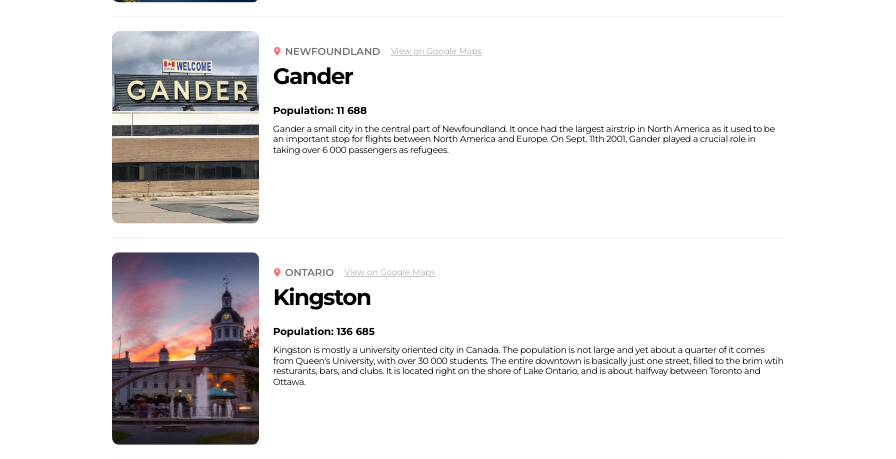
Repository: jsong552/my-city-checklist
Page: /
These files come from the project's save history. The page is drawn as it stood at one moment and after the next save; the edit follows.
The browser window is 1280 px wide. The pictures show the part of the page from y = 699 to 2619 px (the page is 1355 px tall before and 2619 px after), at 70% of full size.
The project was rebuilt for these pictures with package versions that can differ from the ones it lists, and the page was loaded fresh each time. Imported but missing from the stored project, and not drawn on this page: src/reportWebVitals.

Above is the page before, as saved 2023-12-29 21:28:53.

### public/index.html
<!DOCTYPE html>
<html lang="en">
  <head>
    <meta charset="utf-8" />
    <link rel="preconnect" href="https://fonts.googleapis.com">
    <link rel="preconnect" href="https://fonts.gstatic.com" crossorigin>
    <link href="https://fonts.googleapis.com/css2?family=Inter:wght@400;600;700&family=Montserrat:wght@200;300;400;500;600;700&display=swap" rel="stylesheet">
    <link rel="icon" href="%PUBLIC_URL%/favicon.ico" />
    <meta name="viewport" content="width=device-width, initial-scale=1" />
    <meta name="theme-color" content="#000000" />
    <meta
      name="description"
      content="Web site created using create-react-app"
    />
    <link rel="apple-touch-icon" href="%PUBLIC_URL%/logo192.png" />
    <!--
      manifest.json provides metadata used when your web app is installed on a
      user's mobile device or desktop. See https://developers.google.com/web/fundamentals/web-app-manifest/
    -->
    <link rel="manifest" href="%PUBLIC_URL%/manifest.json" />
    <!--
      Notice the use of %PUBLIC_URL% in the tags above.
      It will be replaced with the URL of the `public` folder during the build.
      Only files inside the `public` folder can be referenced from the HTML.

      Unlike "/favicon.ico" or "favicon.ico", "%PUBLIC_URL%/favicon.ico" will
      work correctly both with client-side routing and a non-root public URL.
      Learn how to configure a non-root public URL by running `npm run build`.
    -->
    <title>React App</title>
  </head>
  <body>
    <noscript>You need to enable JavaScript to run this app.</noscript>
    <div id="root"></div>
    <!--
      This HTML file is a template.
      If you open it directly in the browser, you will see an empty page.

      You can add webfonts, meta tags, or analytics to this file.
      The build step will place the bundled scripts into the <body> tag.

      To begin the development, run `npm start` or `yarn start`.
      To create a production bundle, use `npm run build` or `yarn build`.
    -->
  </body>
</html>

### src/index.css
body {
    margin: 0px;
}

.navbar {
    display: flex;
    width: 100%;
    align-items: center;
    padding: 10px;
    justify-content: center;
    background-color: #F6595A;
    box-sizing: border-box;
}

.navbar img {
    width: 30px;
    margin-right: 10px;
}

.navbar p {
    color: white;
    font-family: Montserrat;
    font-weight: 600;
}

/* card styles */

.cardsContainer {
    margin-top: 20px;
}

.card {
    margin: auto;
    padding-top: 20px;
    padding-bottom: 20px;
    border-bottom: 1px solid #bbbbbb55;
    display: flex;
    font-family: Montserrat;
    width: 75%;
}

.imageOfLocation {
    height: 275px;
    width: 210px;
    border-radius: 10px;
    object-fit: cover;
}

.cardInfo {
    margin-left: 20px;
    padding-top: 20px;
    width: 100%;
}

.locationMarker {
    width: 12px;
    margin-right: 5px;
}

.cardLocation * {
    display: inline;
}

.cardLocation h4 {
    font-weight: 600;
    font-size: 0.9rem;
    position: relative;
    bottom: 1px;
    text-transform: uppercase;
    color: #757575;
}

.cardLocation a {
    font-size: 0.75rem;
    position: relative;
    bottom: 2px;
    color: #aaaaaa;
    margin-left: 15px;
}

.cardInfo h1 {
    margin-top: 5px;
    letter-spacing: -1.5px;
}

.cardInfo h3 {
    font-size: 0.9rem;
    margin-bottom: 10px;
}

.cardInfo p {
    margin-top: 0px;
    font-size: 0.8rem;
    letter-spacing: -0.4px;
}

@media (max-width: 768px) {
    .imageOfLocation {
        height: 250px;
        width: 175px;
    }

    .card {
        width: 85%;
    }

    .cardInfo p {
        font-size: 0.7rem;
        letter-spacing: -0.4px;
    }
}

@media (max-width: 580px) {
    .imageOfLocation {
        height: 225px;
        width: 150px;
    }

    .card {
        width: 85%;
    }

    .cardInfo {
        padding-top: 0px
    }

    .cardInfo p {
        font-size: 0.65rem;
        letter-spacing: -0.4px;
        margin-bottom: 0px;
    }

    .cardInfo h1 {
        font-size: 1.7rem;
        margin-bottom: 0px;
    }

    .cardInfo h3 {
        margin-top: 10px;
        font-size: 0.9rem;
        margin-bottom: 10px;
    }

    .cardInfo a {
        display: block;
    }

    .cardLocation a {
        width: fit-content;
        margin-left: 0px;
    }
}

@media (max-width: 480px) {
    .imageOfLocation {
        height: 225px;
        width: 135px;
    }

    .card {
        width: 90%;
    }

    .cardInfo {
        padding-top: 0px
    }

    .cardInfo p {
        font-size: 0.65rem;
        letter-spacing: -0.4px;
        margin-bottom: 0px;
    }

    .cardInfo h1 {
        font-size: 1.5rem;
        margin-bottom: 0px;
        margin-top: 0px;
    }

    .cardInfo h3 {
        margin-top: 6px;
        font-size: 0.8rem;
        margin-bottom: 6px;
    }

    .cardInfo h4 {
        font-size: 0.8rem;
    }

    .locationMarker {
        width: 10px;
    }

    .cardInfo a {
        display: block;
    }

    .cardLocation a {
        width: fit-content;
        margin-left: 0px;
    }
}

@media (max-width: 380px) {
    .imageOfLocation {
        height: 175px;
        width: 105px;
    }
}

### src/App.js
import React from "react";
import Navbar from "./components/Navbar.js";
import Card from "./components/Card.js";
import data from "./data/cardData.js"

let allCards = data.map((data) => {
    return <Card
                key={data.id}
                info={data}
            />
    }
)

export default function App() {
    return (
        <div className="container">
            <Navbar />
            <div className="cardsContainer">
                {allCards}
            </div>
        </div>
    )
}

### src/components/Navbar.js
import React from "react";

export default function Navbar() {
    return (
        <nav className="navbar">
            <img src='/images/logo.png' alt="logo"/>
            <p>my city checklist</p>
        </nav>
    )
}

### src/components/Card.js
import React from "react";

export default function Card(props) {
    return (
        <div className="card">
            <img className="imageOfLocation" src={props.info.image} alt={props.info.alt} />
            <div className="cardInfo">
                <span className="cardLocation">
                    <img className="locationMarker" src='/images/location-marker.png' />
                    <h4>{props.info.province}</h4>
                    <a href={props.info.link}>View on Google Maps</a>
                </span>
                <h1>{props.info.city}</h1>
                <h3>Population: {props.info.population}</h3><p>{props.info.desc}
                </p>
            </div>
        </div>
    )
}

### src/data/cardData.js
export default [
    {
        id: 1,
        province: "newfoundland",
        image: "/images/stjohns.jpg",
        city: "St. John's",
        alt: "St. John's Downtown",
        population: "212 597",
        desc: "St. John's is North America's oldest city! Founded in 1494 by the Venetian explorer John Cabot, it used to be a fishing village. Legend says that you could dip an empty bucket anywhere in the oceans near St. John's and it would immediately be filled with fish. Unfortunately, the residents overfished, and the country of Newfoundland went bankrupt, forcing them to join Canada.",
        link: "https://www.google.com/maps/place/St.+John's,+NL/@47.4825126,-52.9947887,11z/data=!3m1!4b1!4m6!3m5!1s0x4b0ca38e6b0aa261:0x9e1fd4001f12261f!8m2!3d47.5556097!4d-52.7452511!16zL20vMGo4cDY?hl=en&entry=ttu",
    },
    {
        id: 2,
        province: "Newfoundland",
        city: "Rocky Harbour",
        alt: "Gros Morne Fjords",
        image: "/images/grosmorne.jpg",
        population: "947",
        desc: "Rocky Harbour is a small village within Gros Morne national park in Newfoundland. The park is a major tourist attraction, and during the summer months, this village acts as a tourism and housing hub for all of the tourists. Gros Morne features mountain ranges, fjords, as well as UNESCO world heritage sites.",
        link: "https://www.google.com/maps/place/Rocky+Harbour,+NL/@49.5891506,-57.9687031,13z/data=!3m1!4b1!4m6!3m5!1s0x4b79509be206f3a5:0x67c7444488b85430!8m2!3d49.5904818!4d-57.9151532!16zL20vMGZjaDR3?entry=ttu",
    },
    {
        id: 3,
        province: "Newfoundland",
        city: "Gander",
        alt: "Gander International Airport",
        image: "/images/gander.jpg",
        population: "11 688",
        desc: "Gander a small city in the central part of Newfoundland. It once had the largest airstrip in North America as it used to be an important stop for flights between North America and Europe. On Sept. 11th 2001, Gander played a crucial role in taking over 6 000 passengers as refugees.",
        link: "https://www.google.com/maps/place/Gander,+NL/@48.9465292,-54.6097603,12z/data=!3m1!4b1!4m6!3m5!1s0x4b76f2f3b657f0b9:0xa1489058bc89ec6!8m2!3d48.9564842!4d-54.6083708!16zL20vMDI4bjM4?entry=ttu",
    },






    {
        id: 69,
        province: "Ontario",
        city: "Kingston",
        alt: "Kingston City Hall",
        image: "/images/kingston.jpg",
        population: "136 685",
        desc: "Kingston is mostly a university oriented city in Canada. The population is not large and yet about a quarter of it comes from Queen's University, with over 30 000 students. The entire downtown is basically just one street, filled to the brim wtih resturants, bars, and clubs. It is located right on the shore of Lake Ontario, and is about halfway between Toronto and Ottawa.",
        link: "https://www.google.com/maps/place/Kingston,+ON/@44.339741,-76.6383436,11z/data=!3m1!4b1!4m6!3m5!1s0x4cd2ab0674408ea9:0x76a5497715d6d9ea!8m2!3d44.231345!4d-76.4809694!16zL20vMHQ2c2I?entry=ttu",
    },
]

Loaded but not shown: src/index.js (common file)

After the next save:
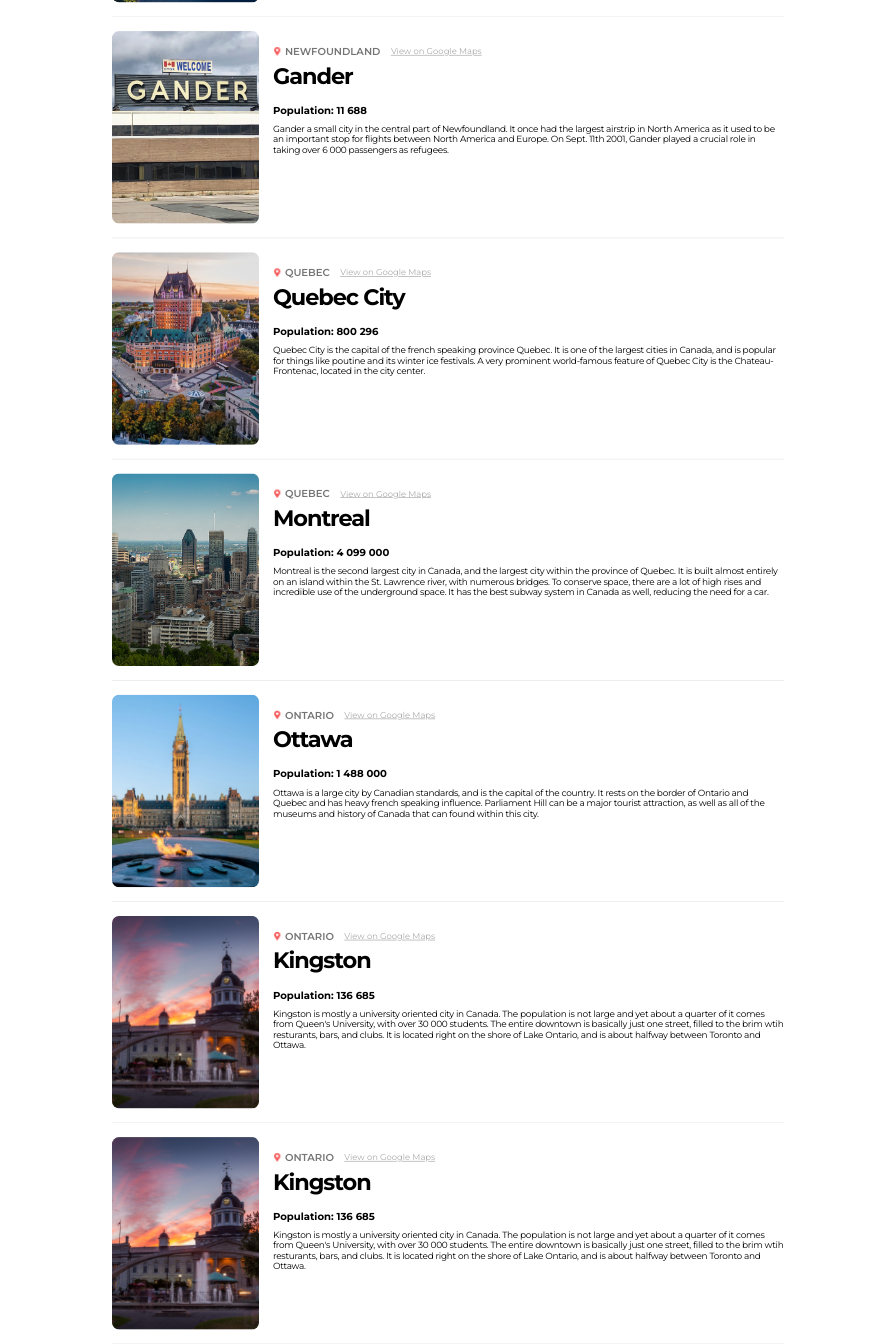
Saved 6 min 3 s later.
--- a/src/data/cardData.js
+++ b/src/data/cardData.js
@@ -29,14 +29,48 @@ export default [
         desc: "Gander a small city in the central part of Newfoundland. It once had the largest airstrip in North America as it used to be an important stop for flights between North America and Europe. On Sept. 11th 2001, Gander played a crucial role in taking over 6 000 passengers as refugees.",
         link: "https://www.google.com/maps/place/Gander,+NL/@48.9465292,-54.6097603,12z/data=!3m1!4b1!4m6!3m5!1s0x4b76f2f3b657f0b9:0xa1489058bc89ec6!8m2!3d48.9564842!4d-54.6083708!16zL20vMDI4bjM4?entry=ttu",
     },
-
-
-
-
-
-
     {
-        id: 69,
+        id: 4,
+        province: "Quebec",
+        city: "Quebec City",
+        alt: "Chateau Frontenac",
+        image: "/images/qccity.jpg",
+        population: "800 296",
+        desc: "Quebec City is the capital of the french speaking province Quebec. It is one of the largest cities in Canada, and is popular for things like poutine and its winter ice festivals. A very prominent world-famous feature of Quebec City is the Chateau-Frontenac, located in the city center.",
+        link: "https://www.google.com/maps/place/Qu%C3%A9bec+City,+QC/@46.8571419,-71.3449155,11z/data=!3m1!4b1!4m6!3m5!1s0x4cb8968a05db8893:0x8fc52d63f0e83a03!8m2!3d46.8130816!4d-71.2074596!16zL20vMHBtcDI?entry=ttu",
+    },
+    {
+        id: 5,
+        province: "Quebec",
+        city: "Montreal",
+        alt: "Montreal Downtown",
+        image: "/images/montreal.jpg",
+        population: "4 099 000",
+        desc: "Montreal is the second largest city in Canada, and the largest city within the province of Quebec. It is built almost entirely on an island within the St. Lawrence river, with numerous bridges. To conserve space, there are a lot of high rises and incredible use of the underground space. It has the best subway system in Canada as well, reducing the need for a car.",
+        link: "https://www.google.com/maps/place/Qu%C3%A9bec+City,+QC/@46.8571419,-71.3449155,11z/data=!3m1!4b1!4m6!3m5!1s0x4cb8968a05db8893:0x8fc52d63f0e83a03!8m2!3d46.8130816!4d-71.2074596!16zL20vMHBtcDI?entry=ttu",
+    },
+    {
+        id: 6,
+        province: "Ontario",
+        city: "Ottawa",
+        alt: "Parliament Hill",
+        image: "/images/ottawa.jpg",
+        population: "1 488 000",
+        desc: "Ottawa is a large city by Canadian standards, and is the capital of the country. It rests on the border of Ontario and Quebec and has heavy french speaking influence. Parliament Hill can be a major tourist attraction, as well as all of the museums and history of Canada that can found within this city.",
+        link: "https://www.google.com/maps/place/Ottawa,+ON/@45.2501566,-75.8002569,9z/data=!3m1!4b1!4m6!3m5!1s0x4cce05b25f5113af:0x8a6a51e131dd15ed!8m2!3d45.4215296!4d-75.6971931!16zL20vMDVrc2g?entry=ttu",
+    },
+    {
+        id: 7,
+        province: "Ontario",
+        city: "Kingston",
+        alt: "Kingston City Hall",
+        image: "/images/kingston.jpg",
+        population: "136 685",
+        desc: "Kingston is mostly a university oriented city in Canada. The population is not large and yet about a quarter of it comes from Queen's University, with over 30 000 students. The entire downtown is basically just one street, filled to the brim wtih resturants, bars, and clubs. It is located right on the shore of Lake Ontario, and is about halfway between Toronto and Ottawa.",
+        link: "https://www.google.com/maps/place/Kingston,+ON/@44.339741,-76.6383436,11z/data=!3m1!4b1!4m6!3m5!1s0x4cd2ab0674408ea9:0x76a5497715d6d9ea!8m2!3d44.231345!4d-76.4809694!16zL20vMHQ2c2I?entry=ttu",
+    },
+    {
+        id: 8,
         province: "Ontario",
         city: "Kingston",
         alt: "Kingston City Hall",
